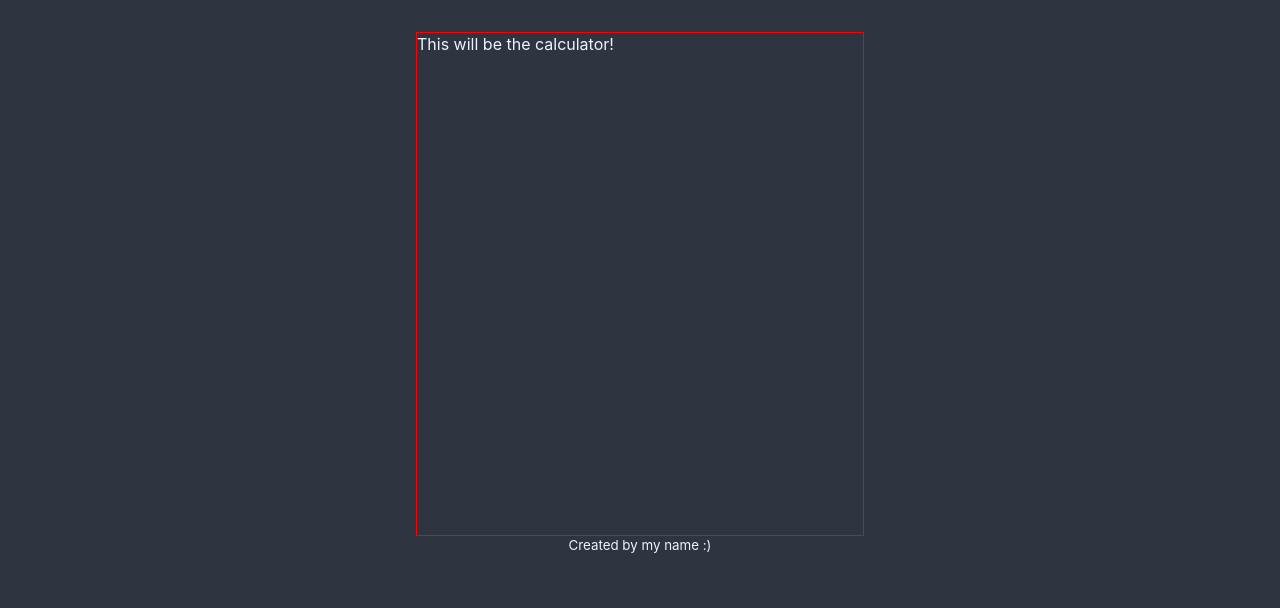
Repository: asing44/FCC
Page: / (app in Front-End-Projects/Calculator/)
These files come from the project's save history. The page is drawn as it stood at one moment and after the next save; the edit follows.
The browser window is 1280 px wide. The pictures show the whole page.
The project was rebuilt for these pictures with package versions that can differ from the ones it lists, and the page was loaded fresh each time. Also part of the build but not shown: Front-End-Projects/Calculator/vite.config.js.

Above is the page before, as saved 2024-10-04 18:20:10.

### Front-End-Projects/Calculator/src/assets/main.css
@import './base.css';

#app {
  margin: 0 auto;
  padding: 2rem;
  font-weight: normal;
}

.u-centerAlign {
  display: grid;
  justify-items: center;
}

### Front-End-Projects/Calculator/src/App.vue
<script setup>
  import Calculator from './Calculator.vue';
</script>

<template>
  <div class="u-centerAlign">
    <main>
      <Calculator />
    </main>
    <small>Created by my name :)</small>
  </div>
</template>

<style scoped>

</style>

### Front-End-Projects/Calculator/src/assets/base.css
:root {
  --Color-background: #2E3440;
  --Color-text: #ECF3FF;
}

*,
*::before,
*::after {
  box-sizing: border-box;
  margin: 0;
  font-weight: normal;
  transition: all 400ms ease;
}

body {
  min-height: 100vh;
  color: var(--Color-text);
  background: var(--Color-background);
  line-height: 1.4;
  font-family:
    Inter,
    -apple-system,
    BlinkMacSystemFont,
    'Segoe UI',
    Roboto,
    Oxygen,
    Ubuntu,
    Cantarell,
    'Fira Sans',
    'Droid Sans',
    'Helvetica Neue',
    sans-serif;
  font-size: 16px;
  text-rendering: optimizeLegibility;
  -webkit-font-smoothing: antialiased;
  -moz-osx-font-smoothing: grayscale;
}

### Front-End-Projects/Calculator/src/Calculator.vue
<script setup>

</script>

<template>
    <p>This will be the calculator!</p>
</template>

<style scoped>
    p {
        height: 70vh;
        width: 35vw;
        border: 1px solid red;
    }
</style>

Loaded but not shown: Front-End-Projects/Calculator/index.html (common file); Front-End-Projects/Calculator/src/main.js (common file)

After the next save:
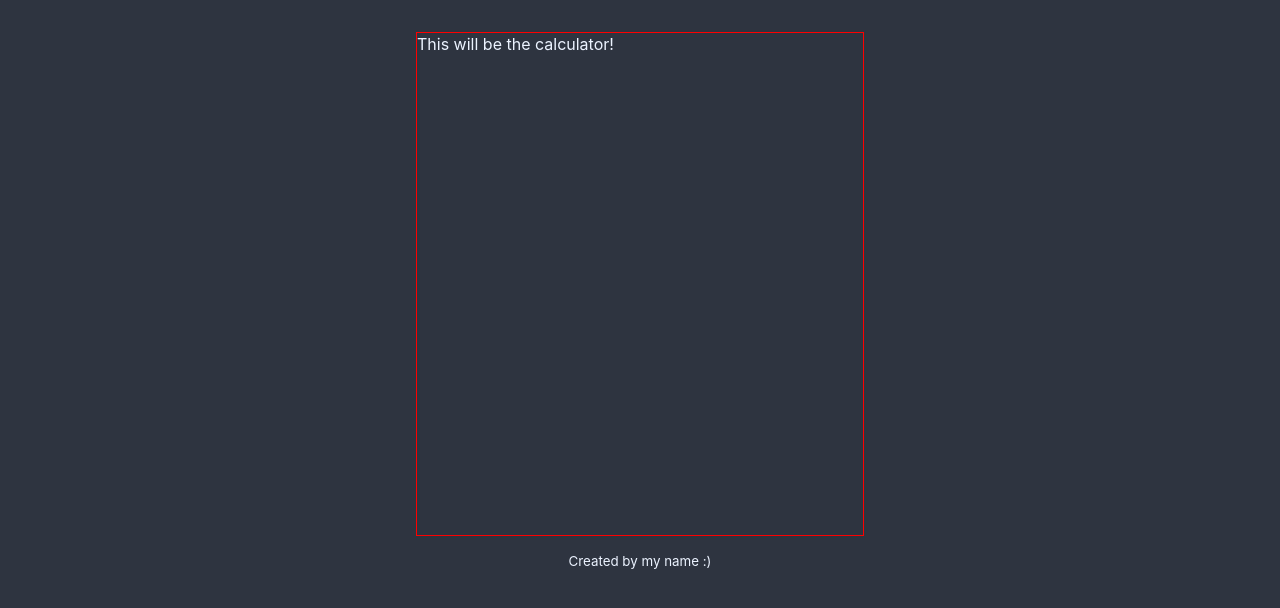
Saved 20 s later.
--- a/Front-End-Projects/Calculator/src/App.vue
+++ b/Front-End-Projects/Calculator/src/App.vue
@@ -12,5 +12,7 @@
 </template>
 
 <style scoped>
-
+  small {
+    margin-top: 1rem;
+  }
 </style>
